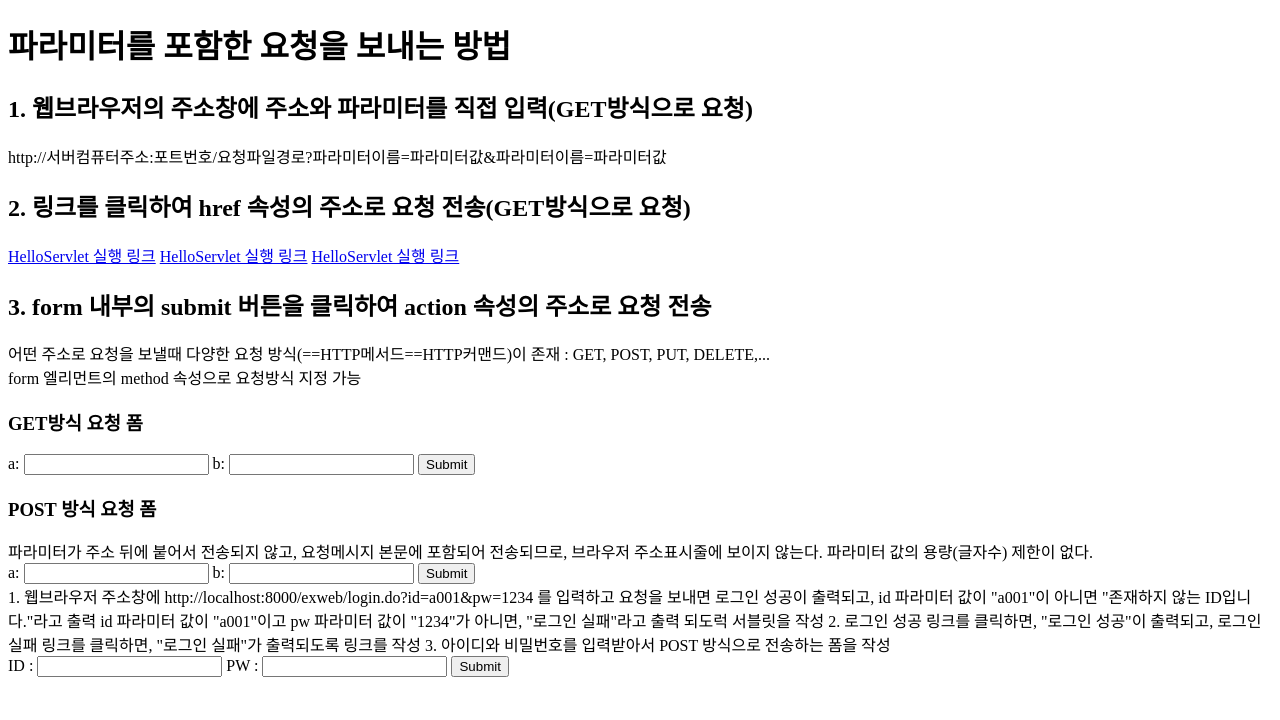
Repository: gywjd848/jeongblog
Page: workspace/exweb/WebContent/param.html
An editor plug-in stored every save of this project. The page is shown before and after the next save, followed by the edit.
The browser window is 1280 px wide. The pictures show the whole page.

Above is the page before, as saved 2020-05-15 05:48:23.

After the next save:
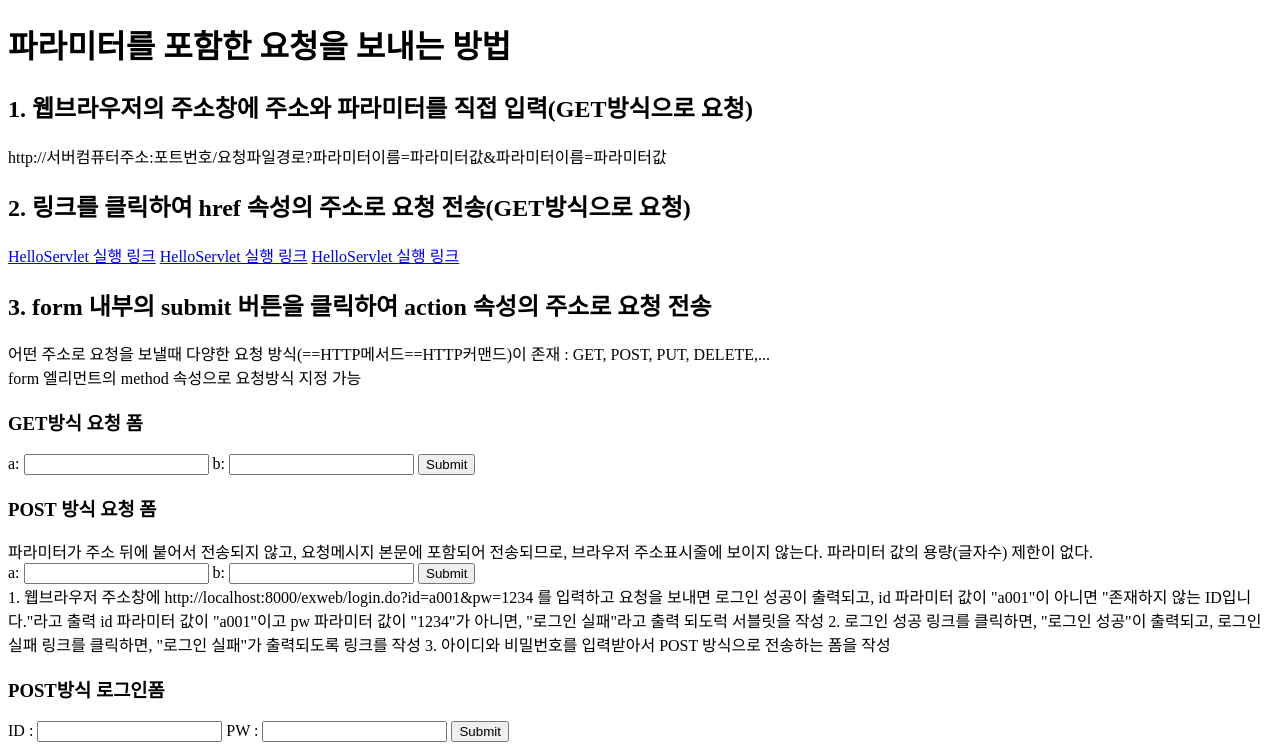
Saved 107 s later.
--- a/workspace/exweb/WebContent/param.html
+++ b/workspace/exweb/WebContent/param.html
@@ -46,6 +46,7 @@
 		3.
 		아이디와 비밀번호를 입력받아서 POST 방식으로 전송하는 폼을 작성
 	</div>
+	<h3>POST방식 로그인폼</h3>
 	<form action="http://localhost:8000/exweb/login.do" method="post">
 		ID : <input type="text" name="id" />
 		PW : <input type="text" name="pw" />
